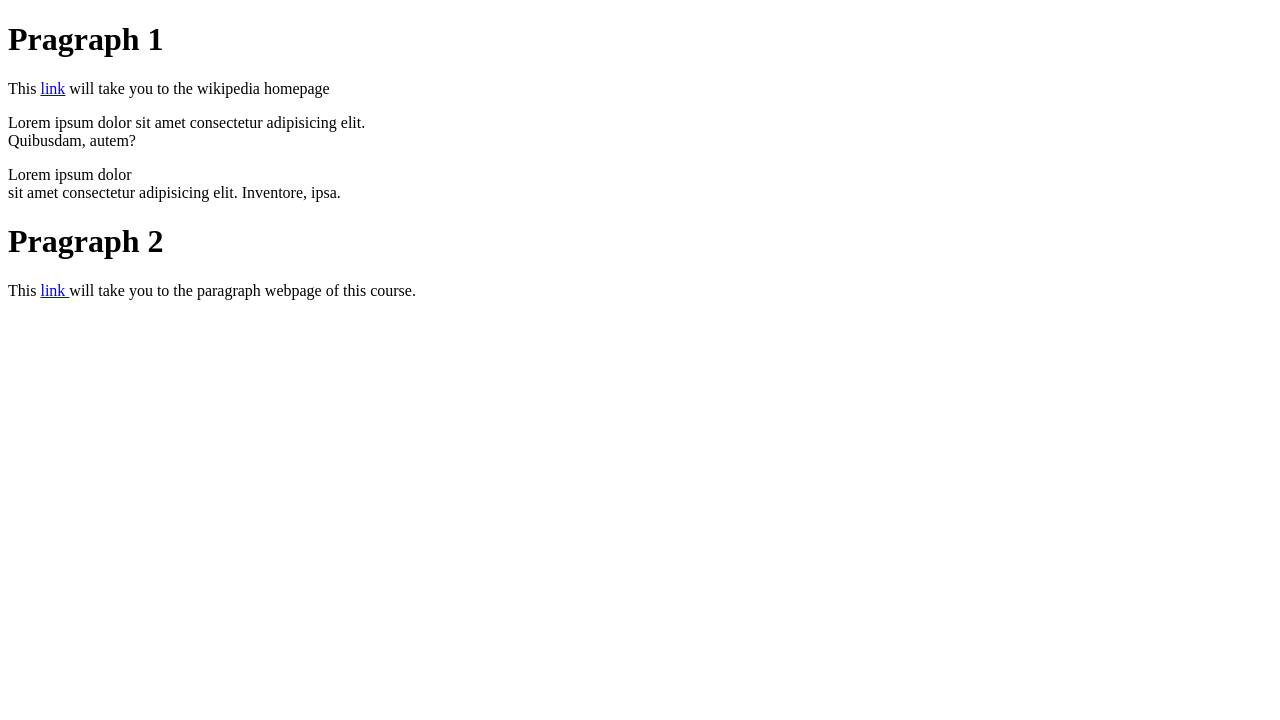
Repository: MizuS94/Curs-HTML---CSS
Page: Links.html
These files come from the project's save history. The page is drawn as it stood at one moment and after the next save; the edit follows.
The browser window is 1280 px wide. The pictures show the whole page.

Above is the page before, as saved 2024-03-06 17:28:34.

### Links.html
<!DOCTYPE html>
<html lang="en">
<head>
    <meta charset="UTF-8">
    <meta name="viewport" content="width=device-width, initial-scale=1.0">
    <title>Links</title>
</head>
<body>
    <h1> Pragraph 1</h1>
    <p> This <a href="http://www.wikipedia.org" title="wikipedia">link</a> will take you to the wikipedia homepage</p>
    <p>Lorem ipsum dolor sit amet consectetur adipisicing elit. <br>Quibusdam, autem?</p>
    <p>Lorem ipsum dolor <br>sit amet consectetur adipisicing elit. Inventore, ipsa.</p>

    <h1>Pragraph 2</h1>
    <p>This <a href="Paragraphs.html" title="paragraphs">link </a> will take you to the paragraph webpage of this course.</p>

</body>
</html>

After the next save:
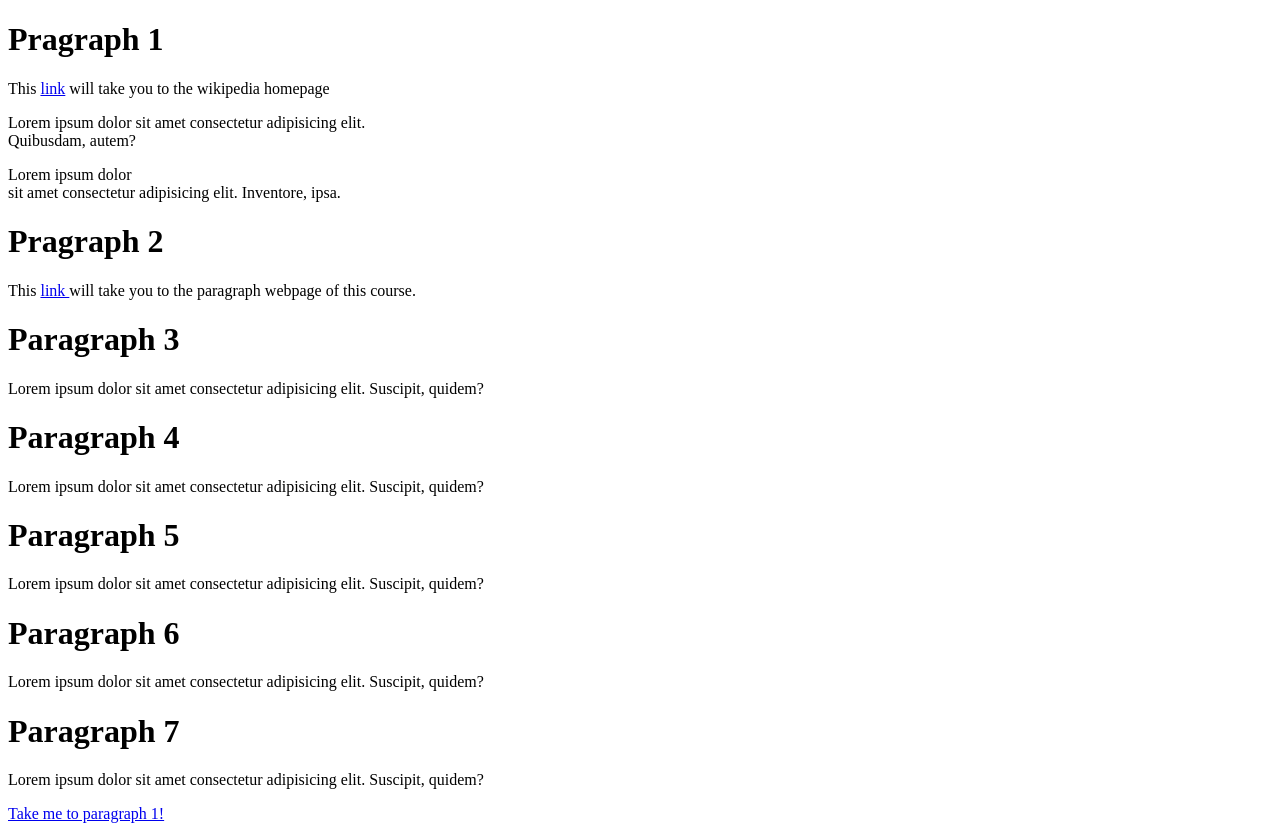
Saved 3 min 47 s later.
--- a/Links.html
+++ b/Links.html
@@ -6,7 +6,7 @@
     <title>Links</title>
 </head>
 <body>
-    <h1> Pragraph 1</h1>
+    <h1 id="P1"> Pragraph 1</h1>
     <p> This <a href="http://www.wikipedia.org" title="wikipedia">link</a> will take you to the wikipedia homepage</p>
     <p>Lorem ipsum dolor sit amet consectetur adipisicing elit. <br>Quibusdam, autem?</p>
     <p>Lorem ipsum dolor <br>sit amet consectetur adipisicing elit. Inventore, ipsa.</p>
@@ -14,5 +14,26 @@
     <h1>Pragraph 2</h1>
     <p>This <a href="Paragraphs.html" title="paragraphs">link </a> will take you to the paragraph webpage of this course.</p>
 
+    <h1>Paragraph 3</h1>
+    <p>Lorem ipsum dolor sit amet consectetur adipisicing elit. Suscipit, quidem?</p>
+
+    <h1>Paragraph 4</h1>
+    <p>Lorem ipsum dolor sit amet consectetur adipisicing elit. Suscipit, quidem?</p>
+
+    <h1>Paragraph 5</h1>
+    <p>Lorem ipsum dolor sit amet consectetur adipisicing elit. Suscipit, quidem?</p>
+
+    <h1>Paragraph 6</h1>
+    <p>Lorem ipsum dolor sit amet consectetur adipisicing elit. Suscipit, quidem?</p>
+
+    <h1>Paragraph 7</h1>
+    <p>Lorem ipsum dolor sit amet consectetur adipisicing elit. Suscipit, quidem?</p>
+
+    <a href="#P1">Take me to paragraph 1!</a>
+
+
+
+
+
 </body>
 </html>
